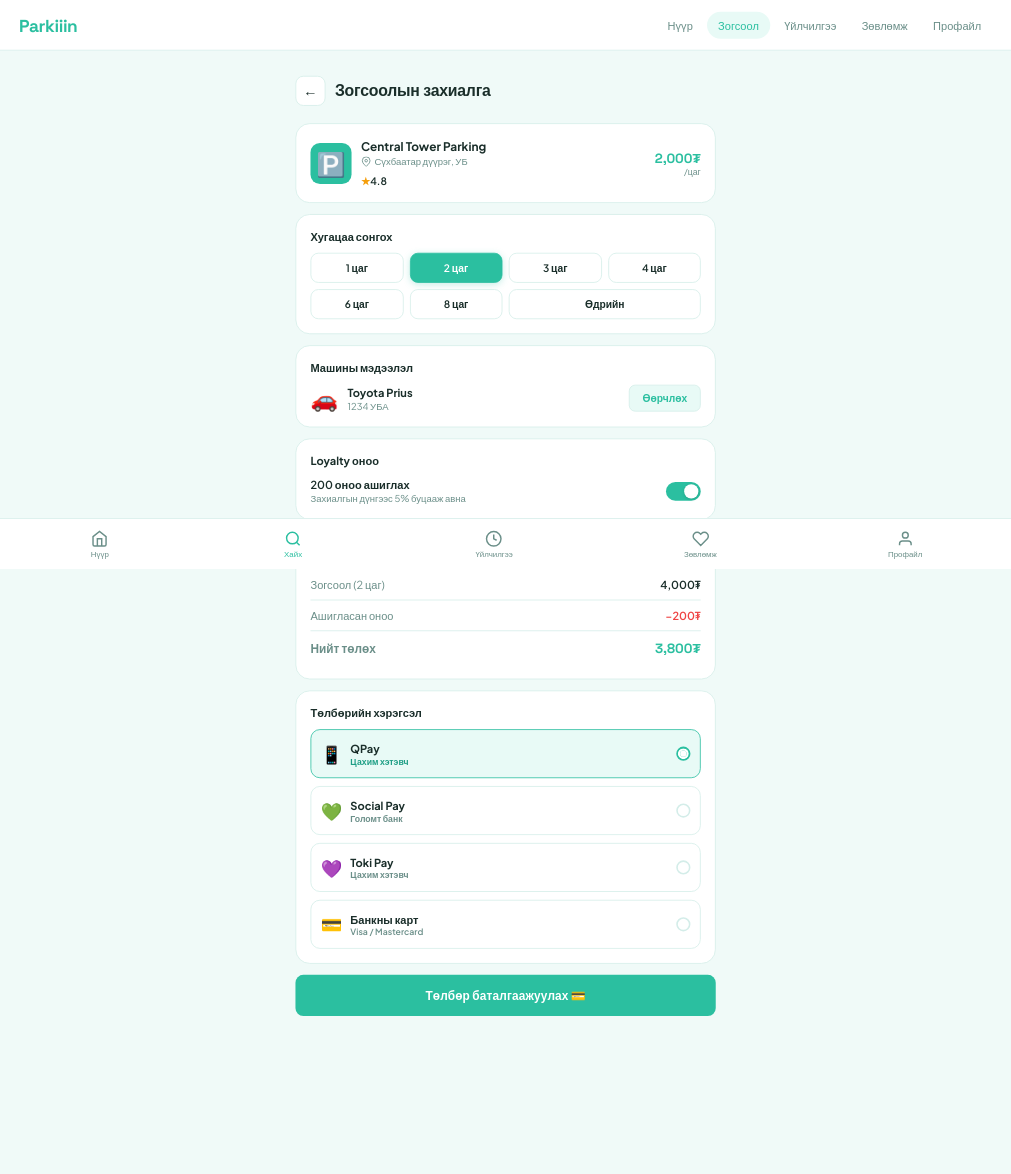
Repository: Enkhush03/Parkiiin_final
Page: pages/booking.html
These files come from the project's save history. The page is drawn as it stood at one moment and after the next save; the edit follows.
The browser window is 1280 px wide. The pictures show the whole page, at 79% of full size.

Above is the page before, as saved 2026-04-10 15:12:24.

### pages/booking.html
<!DOCTYPE html>
<html lang="mn">

<head>
  <meta charset="UTF-8">
  <meta name="viewport" content="width=device-width, initial-scale=1.0">
  <title>Захиалга — Parkiiin</title>
  <meta name="description" content="Parkiiin — зогсоолын захиалга хийж, төлбөрөө баталгаажуулна уу.">
  <link
    href="https://fonts.googleapis.com/css2?family=Plus+Jakarta+Sans:wght@300;400;500;600;700;800&family=Space+Grotesk:wght@400;500;600;700&display=swap"
    rel="stylesheet">
  <link rel="stylesheet" href="../styles/main.css">
</head>

<body>

  <!-- ── TOP NAV ───────────────────────────────────────── -->
  <nav class="top-nav" id="topNav" aria-label="Үндсэн навигац">
    <a class="nav-logo" href="../parkiiin.html">Parkiiin</a>
    <div class="nav-links" id="navLinks">
      <a class="nav-link" href="../parkiiin.html">Нүүр</a>
      <a class="nav-link active" href="findPark.html">Зогсоол</a>
      <a class="nav-link" href="nearby_washing.html">Үйлчилгээ</a>
      <a class="nav-link" href="tips.html">Зөвлөмж</a>
      <a class="nav-link" href="profile.html">Профайл</a>
    </div>
    <button class="hamburger" id="hamburgerBtn" onclick="toggleMenu()" aria-label="Цэс нээх" aria-expanded="false">
      <span></span><span></span><span></span>
    </button>
  </nav>

  <!-- ── MOBILE MENU ──────────────────────────────────── -->
  <div class="mobile-menu" id="mobileMenu" role="navigation">
    <a class="nav-link" href="../parkiiin.html" onclick="closeMenu()">🏠 Нүүр</a>
    <a class="nav-link active" href="findPark.html" onclick="closeMenu()">🅿️ Зогсоол</a>
    <a class="nav-link" href="nearby_washing.html" onclick="closeMenu()">🔧 Үйлчилгээ</a>
    <a class="nav-link" href="tips.html" onclick="closeMenu()">💡 Зөвлөмж</a>
    <a class="nav-link" href="profile.html" onclick="closeMenu()">👤 Профайл</a>
  </div>

  <!-- ══════════════════════════════════════════════════════
       BOOKING CONTENT
  ══════════════════════════════════════════════════════════ -->
  <main class="book-main">
    <div class="book-content">

      <!-- ── Back + Title ─────────────────────────────── -->
      <div class="book-header">
        <a href="findPark.html" class="back-btn" aria-label="Буцах">←</a>
        <h1 class="book-page-title">Зогсоолын захиалга</h1>
      </div>

      <!-- ── Parking summary ───────────────────────────── -->
      <div class="section-card">
        <div class="booking-park-row">
          <div class="booking-park-icon" aria-hidden="true">🅿️</div>
          <div class="booking-park-info">
            <div class="booking-park-name">Central Tower Parking</div>
            <div class="booking-park-loc">
              <svg viewBox="0 0 24 24" aria-hidden="true">
                <path d="M21 10c0 7-9 13-9 13s-9-6-9-13a9 9 0 0 1 18 0z" />
                <circle cx="12" cy="10" r="3" />
              </svg>
              Сүхбаатар дүүрэг, УБ
            </div>
            <span class="p-rating" aria-label="4.8 одтой үнэлгээ">4.8</span>
          </div>
          <div class="booking-park-price">
            2,000₮
            <span class="booking-park-price-unit">/цаг</span>
          </div>
        </div>
      </div>

      <!-- ── Hour selection ────────────────────────────── -->
      <div class="section-card">
        <div class="sc-title">Хугацаа сонгох</div>
        <div class="hours-grid" id="hoursGrid" role="group" aria-label="Цаг сонгох">
          <button class="hour-btn" onclick="selectHour(this)">1 цаг</button>
          <button class="hour-btn active" onclick="selectHour(this)" aria-pressed="true">2 цаг</button>
          <button class="hour-btn" onclick="selectHour(this)">3 цаг</button>
          <button class="hour-btn" onclick="selectHour(this)">4 цаг</button>
          <button class="hour-btn" onclick="selectHour(this)">6 цаг</button>
          <button class="hour-btn" onclick="selectHour(this)">8 цаг</button>
          <button class="hour-btn hour-btn--span2" onclick="selectHour(this)">Өдрийн</button>
        </div>
      </div>

      <!-- ── Vehicle info ───────────────────────────────── -->
      <div class="section-card">
        <div class="sc-title">Машины мэдээлэл</div>
        <div class="booking-vehicle-row">
          <span class="booking-vehicle-emoji" aria-hidden="true">🚗</span>
          <div class="booking-vehicle-info">
            <div class="booking-vehicle-model">Toyota Prius</div>
            <div class="booking-vehicle-plate">1234 УБА</div>
          </div>
          <button class="car-change-btn" onclick="changeVehicle()" aria-label="Машин өөрчлөх">Өөрчлөх</button>
        </div>
      </div>

      <!-- ── Loyalty toggle ────────────────────────────── -->
      <div class="section-card">
        <div class="sc-title">Loyalty оноо</div>
        <div class="booking-loyalty-row">
          <div class="booking-loyalty-info">
            <div class="loyalty-title">200 оноо ашиглах</div>
            <div class="loyalty-desc">Захиалгын дүнгээс 5% буцааж авна</div>
          </div>
          <button class="toggle on" id="loyaltyToggle" onclick="toggleLoyalty(this)"
            aria-label="Loyalty оноо идэвхжүүлэх" aria-pressed="true">
          </button>
        </div>
      </div>

      <!-- ── Price summary ─────────────────────────────── -->
      <div class="section-card">
        <div class="sc-title">Захиалгын хураангуй</div>
        <div class="sum-row">
          <span class="lbl">Зогсоол (2 цаг)</span>
          <span class="sum-value">4,000₮</span>
        </div>
        <div class="sum-row">
          <span class="lbl">Ашигласан оноо</span>
          <span class="sum-discount">−200₮</span>
        </div>
        <div class="sum-row sum-row--total">
          <span class="lbl">Нийт төлөх</span>
          <span class="sum-total">3,800₮</span>
        </div>
      </div>

      <!-- ── Payment method ────────────────────────────── -->
      <div class="section-card">
        <div class="sc-title">Төлбөрийн хэрэгсэл</div>
        <div class="payment-grid payment-grid--single" id="payGrid" role="group" aria-label="Төлбөрийн хэрэгсэл">

          <button class="pay-opt active" onclick="selPay(this)" aria-pressed="true">
            <span class="pay-icon" aria-hidden="true">📱</span>
            <div class="pay-opt-detail">
              <div class="pay-opt-name">QPay</div>
              <div class="pay-opt-sub">Цахим хэтэвч</div>
            </div>
            <span class="pay-check" aria-hidden="true"></span>
          </button>

          <button class="pay-opt" onclick="selPay(this)" aria-pressed="false">
            <span class="pay-icon" aria-hidden="true">💚</span>
            <div class="pay-opt-detail">
              <div class="pay-opt-name">Social Pay</div>
              <div class="pay-opt-sub">Голомт банк</div>
            </div>
            <span class="pay-check" aria-hidden="true"></span>
          </button>

          <button class="pay-opt" onclick="selPay(this)" aria-pressed="false">
            <span class="pay-icon" aria-hidden="true">💜</span>
            <div class="pay-opt-detail">
              <div class="pay-opt-name">Toki Pay</div>
              <div class="pay-opt-sub">Цахим хэтэвч</div>
            </div>
            <span class="pay-check" aria-hidden="true"></span>
          </button>

          <button class="pay-opt" onclick="selPay(this)" aria-pressed="false">
            <span class="pay-icon" aria-hidden="true">💳</span>
            <div class="pay-opt-detail">
              <div class="pay-opt-name">Банкны карт</div>
              <div class="pay-opt-sub">Visa / Mastercard</div>
            </div>
            <span class="pay-check" aria-hidden="true"></span>
          </button>

        </div>
      </div>

      <!-- ── Confirm button ────────────────────────────── -->
      <button class="btn-full" id="booking-confirm-btn" onclick="confirmBooking()">
        Төлбөр баталгаажуулах 💳
      </button>

    </div><!-- /book-content -->
  </main>

  <!-- ── BOTTOM NAV ────────────────────────────────────── -->
  <nav class="bottom-nav booking-bottom-nav" id="bottomNav" aria-label="Доод навигац">
    <a class="bottom-nav-item" href="../parkiiin.html" aria-label="Нүүр">
      <svg viewBox="0 0 24 24" aria-hidden="true">
        <path d="M3 9l9-7 9 7v11a2 2 0 0 1-2 2H5a2 2 0 0 1-2-2z" />
        <polyline points="9 22 9 12 15 12 15 22" />
      </svg>
      Нүүр
    </a>
    <a class="bottom-nav-item active" href="findPark.html" aria-label="Зогсоол">
      <svg viewBox="0 0 24 24" aria-hidden="true">
        <circle cx="11" cy="11" r="8" />
        <line x1="21" y1="21" x2="16.65" y2="16.65" />
      </svg>
      Хайх
    </a>
    <a class="bottom-nav-item" href="nearby_washing.html" aria-label="Үйлчилгээ">
      <svg viewBox="0 0 24 24" aria-hidden="true">
        <circle cx="12" cy="12" r="10" />
        <polyline points="12 6 12 12 16 14" />
      </svg>
      Үйлчилгээ
    </a>
    <a class="bottom-nav-item" href="tips.html" aria-label="Зөвлөмж">
      <svg viewBox="0 0 24 24" aria-hidden="true">
        <path
          d="M20.84 4.61a5.5 5.5 0 0 0-7.78 0L12 5.67l-1.06-1.06a5.5 5.5 0 0 0-7.78 7.78l1.06 1.06L12 21.23l7.78-7.78 1.06-1.06a5.5 5.5 0 0 0 0-7.78z" />
      </svg>
      Зөвлөмж
    </a>
    <a class="bottom-nav-item" href="profile.html" aria-label="Профайл">
      <svg viewBox="0 0 24 24" aria-hidden="true">
        <path d="M20 21v-2a4 4 0 0 0-4-4H8a4 4 0 0 0-4 4v2" />
        <circle cx="12" cy="7" r="4" />
      </svg>
      Профайл
    </a>
  </nav>

  <script src="../js/main.js"></script>
</body>

</html>

Loaded but not shown: styles/main.css (7629 lines, source omitted); js/main.js (no copy from this time; the picture is the same without it)

After the next save:
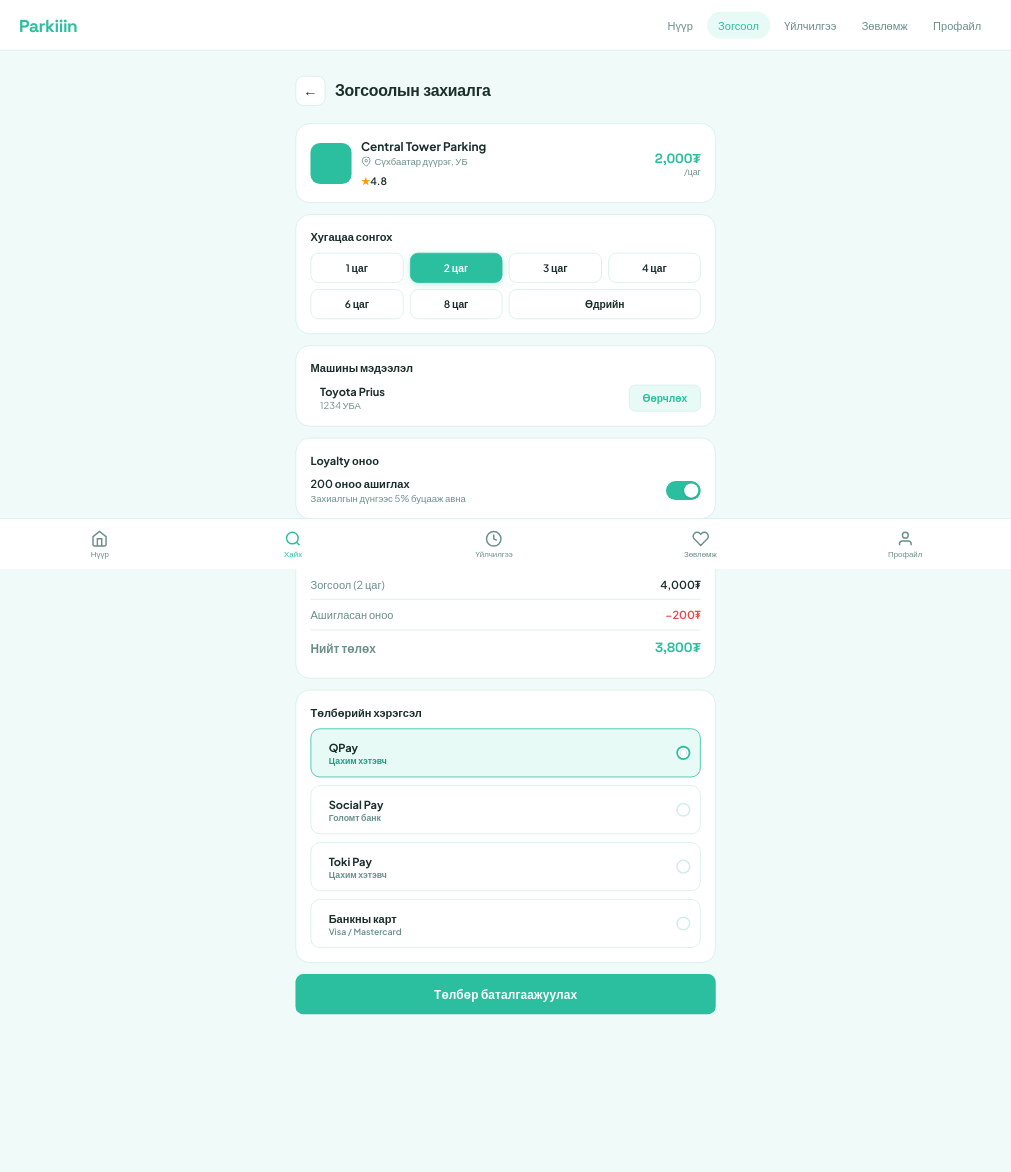
Saved 5 days later.
--- a/pages/booking.html
+++ b/pages/booking.html
@@ -31,11 +31,11 @@
 
   <!-- ── MOBILE MENU ──────────────────────────────────── -->
   <div class="mobile-menu" id="mobileMenu" role="navigation">
-    <a class="nav-link" href="../parkiiin.html" onclick="closeMenu()">🏠 Нүүр</a>
-    <a class="nav-link active" href="findPark.html" onclick="closeMenu()">🅿️ Зогсоол</a>
-    <a class="nav-link" href="nearby_washing.html" onclick="closeMenu()">🔧 Үйлчилгээ</a>
-    <a class="nav-link" href="tips.html" onclick="closeMenu()">💡 Зөвлөмж</a>
-    <a class="nav-link" href="profile.html" onclick="closeMenu()">👤 Профайл</a>
+    <a class="nav-link" href="../parkiiin.html" onclick="closeMenu()">Нүүр</a>
+    <a class="nav-link active" href="findPark.html" onclick="closeMenu()">Зогсоол</a>
+    <a class="nav-link" href="nearby_washing.html" onclick="closeMenu()">Үйлчилгээ</a>
+    <a class="nav-link" href="tips.html" onclick="closeMenu()">Зөвлөмж</a>
+    <a class="nav-link" href="profile.html" onclick="closeMenu()">Профайл</a>
   </div>
 
   <!-- ══════════════════════════════════════════════════════
@@ -53,7 +53,7 @@
       <!-- ── Parking summary ───────────────────────────── -->
       <div class="section-card">
         <div class="booking-park-row">
-          <div class="booking-park-icon" aria-hidden="true">🅿️</div>
+          <div class="booking-park-icon" aria-hidden="true"></div>
           <div class="booking-park-info">
             <div class="booking-park-name">Central Tower Parking</div>
             <div class="booking-park-loc">
@@ -90,7 +90,7 @@
       <div class="section-card">
         <div class="sc-title">Машины мэдээлэл</div>
         <div class="booking-vehicle-row">
-          <span class="booking-vehicle-emoji" aria-hidden="true">🚗</span>
+          <span class="booking-vehicle-emoji" aria-hidden="true"></span>
           <div class="booking-vehicle-info">
             <div class="booking-vehicle-model">Toyota Prius</div>
             <div class="booking-vehicle-plate">1234 УБА</div>
@@ -136,7 +136,7 @@
         <div class="payment-grid payment-grid--single" id="payGrid" role="group" aria-label="Төлбөрийн хэрэгсэл">
 
           <button class="pay-opt active" onclick="selPay(this)" aria-pressed="true">
-            <span class="pay-icon" aria-hidden="true">📱</span>
+            <span class="pay-icon" aria-hidden="true"></span>
             <div class="pay-opt-detail">
               <div class="pay-opt-name">QPay</div>
               <div class="pay-opt-sub">Цахим хэтэвч</div>
@@ -145,7 +145,7 @@
           </button>
 
           <button class="pay-opt" onclick="selPay(this)" aria-pressed="false">
-            <span class="pay-icon" aria-hidden="true">💚</span>
+            <span class="pay-icon" aria-hidden="true"></span>
             <div class="pay-opt-detail">
               <div class="pay-opt-name">Social Pay</div>
               <div class="pay-opt-sub">Голомт банк</div>
@@ -154,7 +154,7 @@
           </button>
 
           <button class="pay-opt" onclick="selPay(this)" aria-pressed="false">
-            <span class="pay-icon" aria-hidden="true">💜</span>
+            <span class="pay-icon" aria-hidden="true"></span>
             <div class="pay-opt-detail">
               <div class="pay-opt-name">Toki Pay</div>
               <div class="pay-opt-sub">Цахим хэтэвч</div>
@@ -163,7 +163,7 @@
           </button>
 
           <button class="pay-opt" onclick="selPay(this)" aria-pressed="false">
-            <span class="pay-icon" aria-hidden="true">💳</span>
+            <span class="pay-icon" aria-hidden="true"></span>
             <div class="pay-opt-detail">
               <div class="pay-opt-name">Банкны карт</div>
               <div class="pay-opt-sub">Visa / Mastercard</div>
@@ -176,7 +176,7 @@
 
       <!-- ── Confirm button ────────────────────────────── -->
       <button class="btn-full" id="booking-confirm-btn" onclick="confirmBooking()">
-        Төлбөр баталгаажуулах 💳
+        Төлбөр баталгаажуулах
       </button>
 
     </div><!-- /book-content -->
